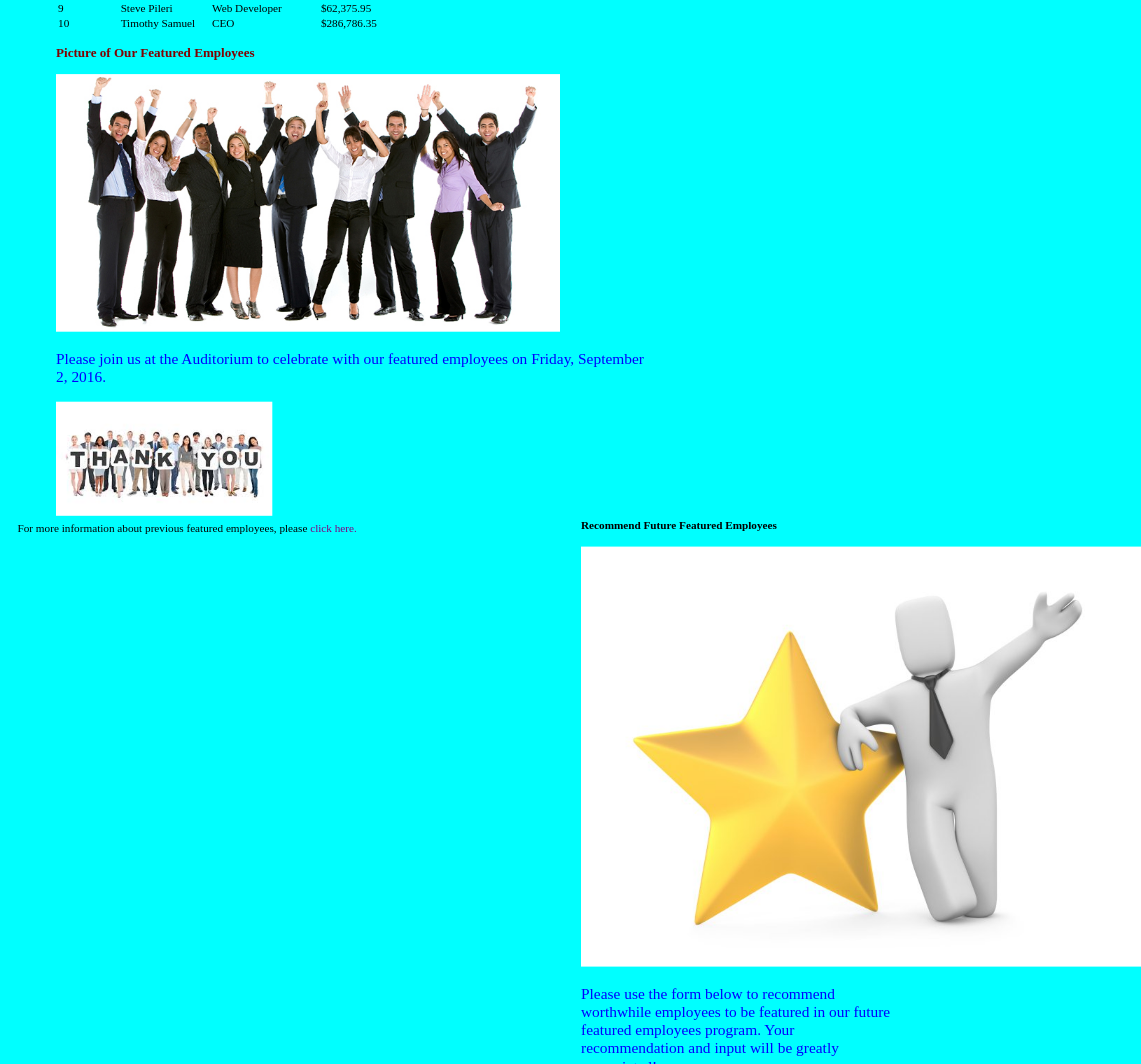
Repository: myjavaweb2/Week5JDBCAssignments
Page: http://localhost/myweek4project/
These files come from the project's save history. The page is drawn as it stood at one moment and after the next save; the edit follows.
The browser window is 1280 px wide. The page is 1630 px wide, so the pictures cover 1630 px, including what lies to the right of the window. The pictures show the part of the page from y = 1137 to 2657 px (the page is 2698 px tall), at 70% of full size.
The page is served by Tomcat 9. Other server files are loaded and not shown.

Above is the page before, as saved 2016-08-26 17:39:22.

### myweek4project/src/main/webapp/index.html
<!DOCTYPE html>
<html>
<head>
<meta charset="ISO-8859-1">
<link rel="stylesheet" href="styles.css" />
<title>Employees at the New World Company</title>
</head>
<body>

<header>
<h1>We Are A Global IT Consultants</h1>
</header>

<main>

<div>
<h2>Highlights of Our Company</h2>

<p>Our company is a worldwide IT consultant company. We specializes in all kinds of IT programmings.
Our company have been in the IT business for over 30 years of providing superior IT consultant
services to Fortune 500 companies. We have a wide range of loyal employees who bring in a very
diverse array of computing skills. We have a very worker-friendly work environment and that's
why we have a very high rate of employee retention.</p>

<h2>Services We Provide</h2>

<p>Our company provides a very diverse range of IT consultant services from small IT projects that lasts
a few weeks to a few months and very big projects that lasts several years.</p>

<p>Below are some of the list of services that we provide:</p>

<ul>
	<li>Analysis of Initial Project Concepts</li>
	<li>Research of Project Feasibility</li>
	<li>Consultation of IT Projects</li>
	<li>Onsite Mentoring of New IT Hires</li>
	<li>Management Consultation</li>
</ul>
</div>

<div>
<h3>Our Company Values Its Employees</h3>

<p>Our company put importance on our employees and provides them with all the latest IT develpments.
We also provide our employees the very best of life-work balance with a generous benefits, leave and
training including massages bi-weekly. We are also proud to say that we also providea 12 week new
parent leave with full pay and benefits!</p>

<p>Below are some of our recently featured employees:</p>

<table>
	<caption>Our Featured Employees</caption>
		<tr>
			<th>EmployeeID</th>
			<th>Name</th>
			<th>Position</th>
			<th>Salary</th>
		</tr>
		<tr>
			<td>1</td>
			<td>John McDaniel</td>
			<td>Project Analyst</td>
			<td>$53,720.64</td>
		</tr>
		<tr>
			<td>2</td>
			<td>Marianne Gongalez</td>
			<td>Secretary</td>
			<td>$33,461.20</td>
		</tr>
		<tr>
			<td>3</td>
			<td>Chris Paul</td>
			<td>Software Engineer</td>
			<td>$74,125.08</td>
		</tr>
		<tr>
			<td>4</td>
			<td>Halil Sharif</td>
			<td>Database Administrator</td>
			<td>$78,263.92</td>
		</tr>
		<tr>
			<td>5</td>
			<td>Jessica Smith</td>
			<td>Database Developer</td>
			<td>$44,842.50</td>
		</tr>
		<tr>
			<td>6</td>
			<td>William McCain</td>
			<td>Manager</td>
			<td>$82,207.12</td>
		</tr>
		<tr>
			<td>7</td>
			<td>Laura Johnson</td>
			<td>Janitor</td>
			<td>$18,261.37</td>
		</tr>
		<tr>
			<td>8</td>
			<td>Claire Krasinski</td>
			<td>Director</td>
			<td>$107,358.64</td>
		</tr>
		<tr>
			<td>9</td>
			<td>Steve Pileri</td>
			<td>Web Developer</td>
			<td>$62,375.95</td>
		</tr>
		<tr>
			<td>10</td>
			<td>Timothy Samuel</td>
			<td>CEO</td>
			<td>$286,786.35</td>
		</tr>

</table>

<h3>Picture of Our Featured Employees</h3>

<img alt="Snap of Employees" src="images/employees.jpg">

<p>Please join us at the Auditorium to celebrate with our featured employees
on Friday, September 2, 2016.</p>

<img alt="Employees Appreciation" src="images/employees2.jpg">
</div>

</main>

<aside>
<h4>Recommend Future Featured Employees</h4>

<img alt="Employee Pride" src="images/employee_pride.jpg">

<p>Please use the form below to recommend worthwhile employees to be featured
in our future featured employees program. Your recommendation and input will
be greatly appreciated!</p>


</aside>

<footer>
For more information about previous featured employees, please
<a href="http://www.prnewswire.com/news-releases/video-production-agency-rep-interactive-wins-inccoms-50-best-workplaces-award-300317746.html">
click here.</a>
</footer>



</body>
</html>

### myweek4project/src/main/webapp/styles.css
html, body {
	margin: 0;
	padding: 0;
	border: 0;
	font-size: 100%;
	background-color: aqua;
}

header {
	height: 135px;
}

main {
	width: 850px;
	background-color: aqua;
	float: left;
	padding-left: 0;
	padding-right: 0;
	position: relative;
	right: 20px;
  	left: 80px;
  	top: 20px;
  	bottom: 15px;
}

aside {
	width: 450px;
	background-color: aqua;
	float: right;
}

footer {
	clear: left;
	padding: 25px;
}

p {
	font-style: Times New Roman, Tahoma, sans serif;
	font-size: 22px;
	color: blue;
}

h1, h2, h3 {
	font-family: fantasy, serif;
	color:maroon;
}

h1 {
	font-family: "Helvetica-Bold",Impact, sans serif;

}

ul {
	color:teal;
	font-size: 20px;
}
a {
	color: purple;
	text-decoration: none;
}

After the next save:
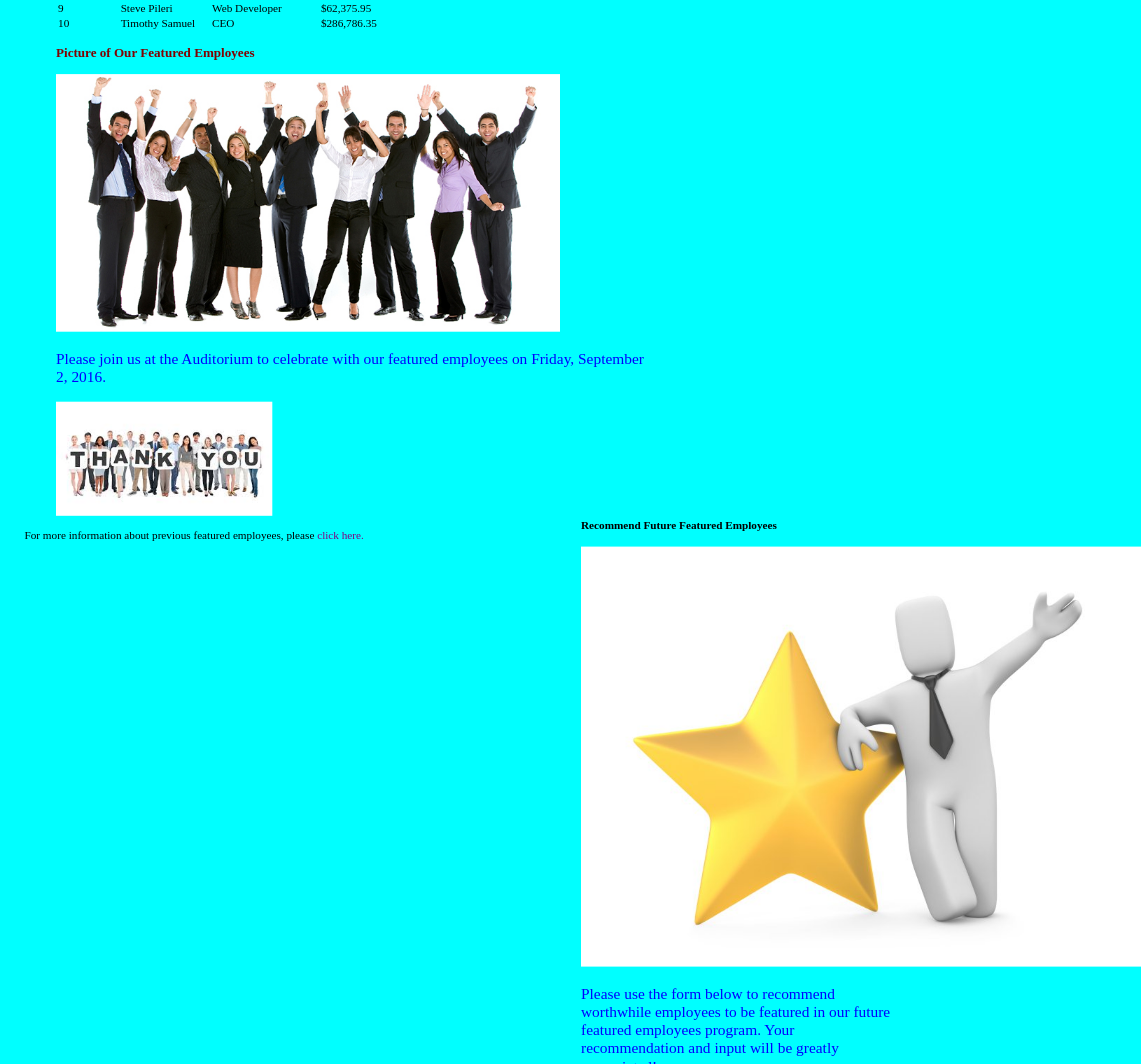
Saved 28 s later.
--- a/myweek4project/src/main/webapp/styles.css
+++ b/myweek4project/src/main/webapp/styles.css
@@ -31,7 +31,7 @@ aside {
 
 footer {
 	clear: left;
-	padding: 25px;
+	padding: 35px;
 }
 
 p {
